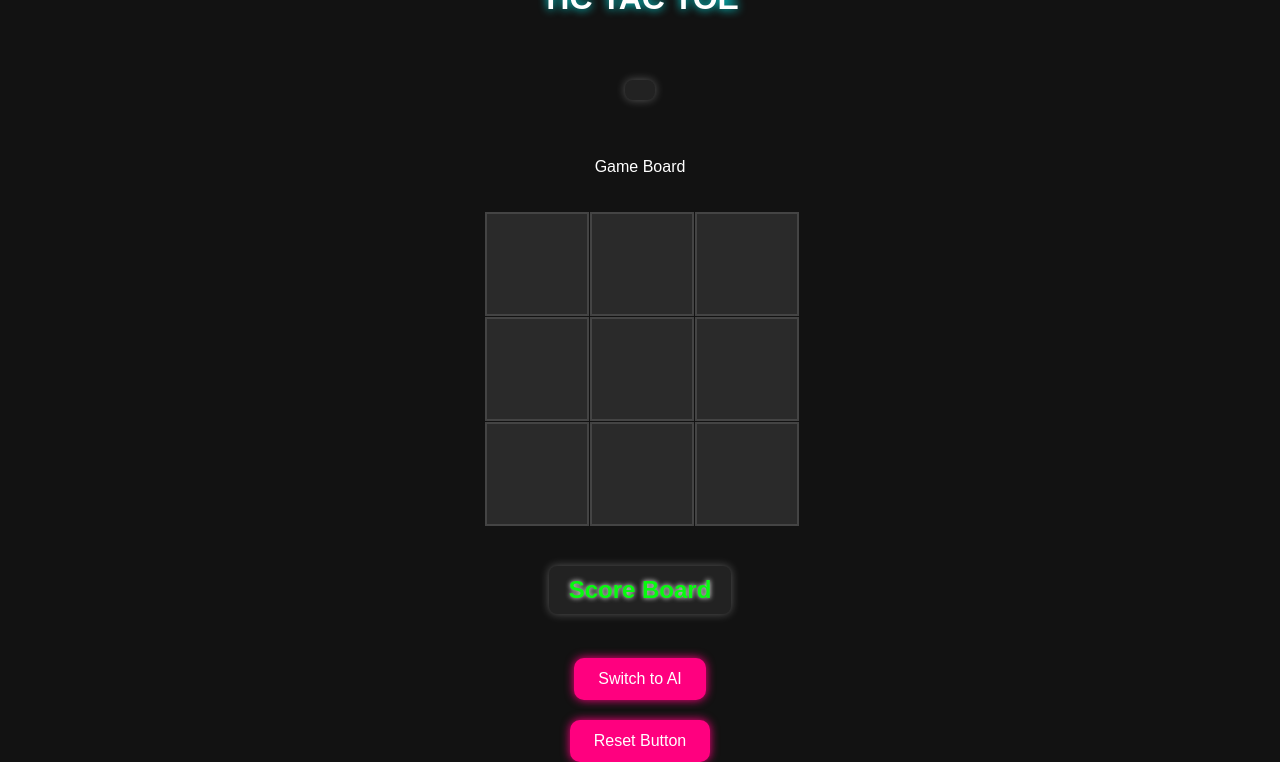
Repository: Yash19075/TicTacToe-game
Page: TicTacToe.html
These files come from the project's save history. The page is drawn as it stood at one moment and after the next save; the edit follows.
The browser window is 1280 px wide. The pictures show the whole page.

Above is the page before, as saved 2025-03-09 11:13:03.

After the next save:
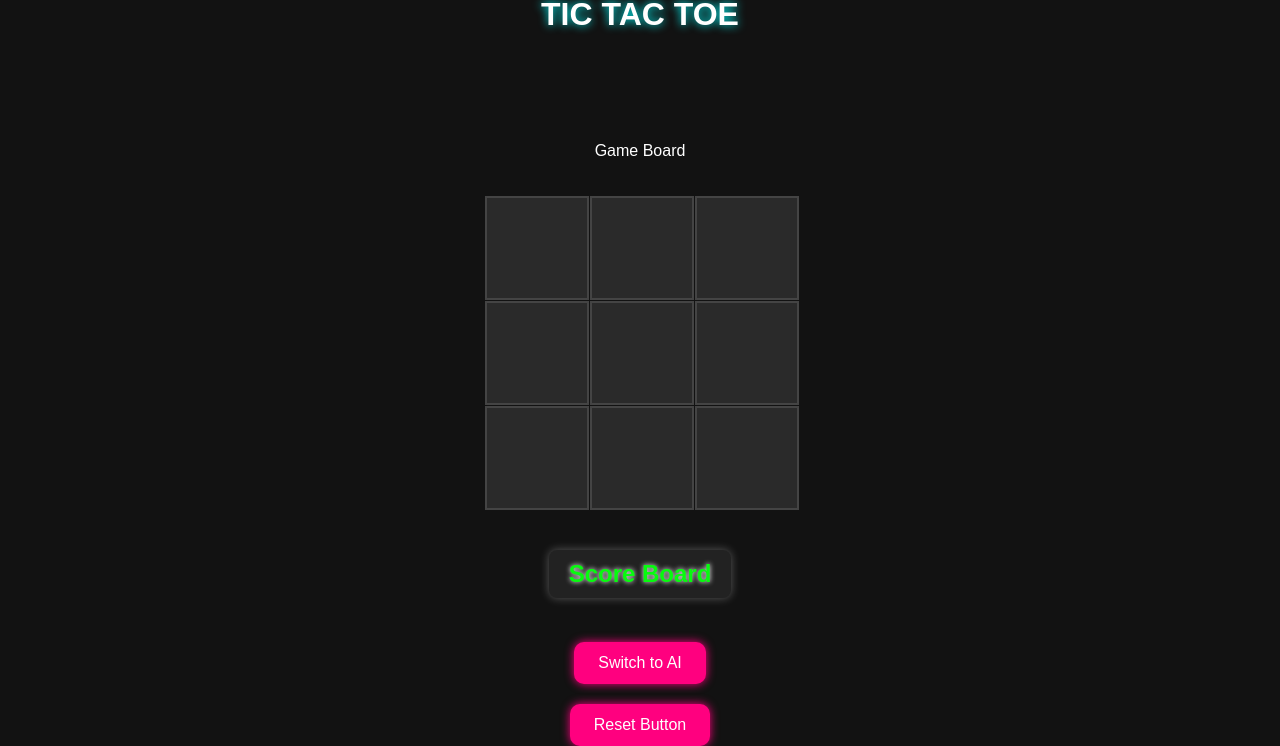
Saved 11 s later.
--- a/TicTacToe.css
+++ b/TicTacToe.css
@@ -78,7 +78,7 @@
     transition: background-color 0.3s ease-in-out, box-shadow 0.3s ease-in-out;
 }
 
-.player-turn {
+/* .player-turn {
     font-size: 22px;
     font-weight: bold;
     padding: 10px 15px;
@@ -88,4 +88,4 @@
     text-shadow: 0 0 5px #ffffff;
     box-shadow: 0 0 10px rgba(255, 255, 255, 0.3);
     transition: background-color 0.3s ease-in-out, box-shadow 0.3s ease-in-out, color 0.3s;
-}
+} */

After the 2 saves that followed:
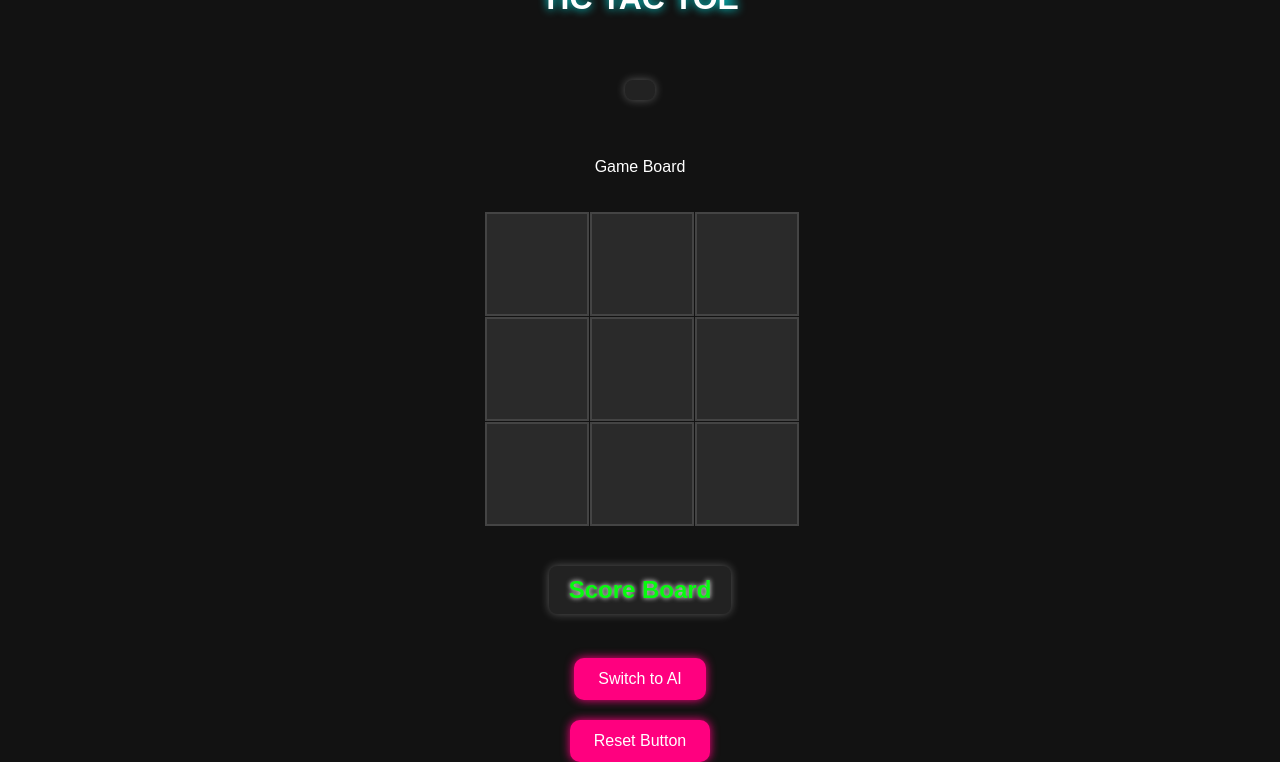
The 2 saves are shown as one change because 1 left the picture as it was.
The last was saved 34 s later.
--- a/TicTacToe.css
+++ b/TicTacToe.css
@@ -78,7 +78,7 @@
     transition: background-color 0.3s ease-in-out, box-shadow 0.3s ease-in-out;
 }
 
-/* .player-turn {
+.player-turn {
     font-size: 22px;
     font-weight: bold;
     padding: 10px 15px;
@@ -88,4 +88,4 @@
     text-shadow: 0 0 5px #ffffff;
     box-shadow: 0 0 10px rgba(255, 255, 255, 0.3);
     transition: background-color 0.3s ease-in-out, box-shadow 0.3s ease-in-out, color 0.3s;
-} */
+}
